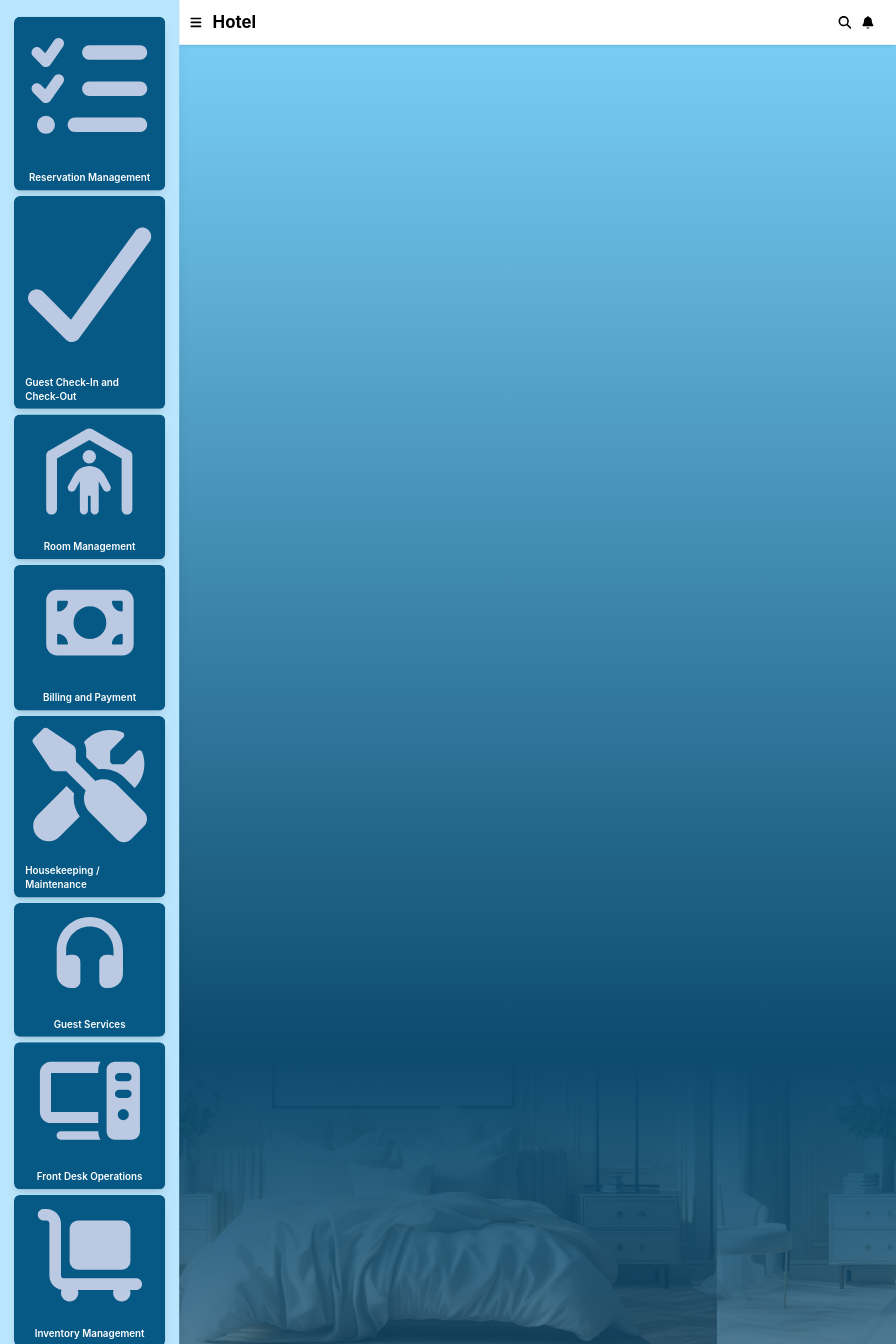
Repository: musabismael/Hotel
Page: /
These files come from the project's save history. The page is drawn as it stood at one moment and after the next save; the edit follows.
The browser window is 1280 px wide. The pictures show the part of the page from y = 0 to 1920 px (the page is 3016 px tall), at 70% of full size.
The project was rebuilt for these pictures with package versions that can differ from the ones it lists, and the page was loaded fresh each time. Also part of the build but not shown: vite.config.js, src/App.css, src/pages/ReservationManagement.jsx, src/pages/GuestCheckInOut.jsx, src/pages/RoomManagement.jsx, src/pages/BillingPayment.jsx, src/pages/HousekeepingMaintenance.jsx, src/pages/GuestServices.jsx and 6 more.

Above is the page before, as saved 2023-10-01 19:16:47.

### index.html
<!doctype html>
<html lang="en">
  <head>
    <meta charset="UTF-8" />
    <link rel="icon" type="image/svg+xml" href="/vite.svg" />
    <meta name="viewport" content="width=device-width, initial-scale=1.0" />
    <title>Hotel</title>
  </head>
  <body>
    <div id="root"></div>
    <script type="module" src="/src/main.jsx"></script>
  </body>
</html>

### src/App.jsx
import "./App.css";
import { createBrowserRouter } from "react-router-dom";
import { RouterProvider } from "react-router";
import LandingPageLayout from "./layouts/LandingPageLayout";
import ReservationManagement from "./pages/ReservationManagement";
import GuestCheckInOut from "./pages/GuestCheckInOut";
import RoomManagement from "./pages/RoomManagement";
import BillingPayment from "./pages/BillingPayment";
import HousekeepingMaintenance from "./pages/HousekeepingMaintenance";
import GuestServices from "./pages/GuestServices";
import FrontDeskOperations from "./pages/FrontDeskOperations";
import InventoryManagement from "./pages/InventoryManagement";
import ReportingAnalytics from "./pages/ReportingAnalytics";
import SecurityAccessControl from "./pages/SecurityAccessControl";
import PointOfSale from "./pages/PointOfSale";
import CRM from "./pages/CRM"; // Import the CRM component
const router = createBrowserRouter([
  {
    path: "/",
    element: <LandingPageLayout />,
    children: [
      {
        path: "/reservation_management",
        element: <ReservationManagement />,
      },
      {
        path: "/guestCheckInOut",
        element: <GuestCheckInOut />,
      },
      {
        path: "/billing_and_payment",
        element: <BillingPayment />,
      },
      {
        path: "/room_management",
        element: <RoomManagement />,
      },
      {
        path: "/housekeeping_maintenance",
        element: <HousekeepingMaintenance />,
      },
      {
        path: "/guest_services",
        element: <GuestServices />,
      }, {
        path: "/desk_operations",
        element: <FrontDeskOperations />,
      }, {
        path: "/security_control",
        element: <SecurityAccessControl />,
      },
      {
        path: "/reporting_and_analytics",
        element: <ReportingAnalytics />,
      }, {
        path: "/inventory_management",
        element: <InventoryManagement />,
      },
      {
        path: "/pos",
        element: <PointOfSale />,
      },
      {
        path: "/crm",
        element: <CRM />,
      },
    ],
  },
]);

const App = () => <RouterProvider router={router} />;
export default App;

### src/index.css
@tailwind base;
@tailwind components;
@tailwind utilities;

:root {
  font-family: Inter, system-ui, Avenir, Helvetica, Arial, sans-serif;
  line-height: 1.5;
  font-weight: 400;
  background-image: url("cover.jpeg"), url("cover.jpeg");
  background-color:#397398;

  font-synthesis: none;
  text-rendering: optimizeLegibility;
  -webkit-font-smoothing: antialiased;
  -moz-osx-font-smoothing: grayscale;
  -webkit-text-size-adjust: 100%;
}

### src/layouts/LandingPageLayout.jsx
import { Outlet } from "react-router";
import Header from "../component/Header";
import Sidebar from "../component/Sidebar";
const LandingPageLayout = () => {
  return (
    <div className="flex bg-gradient-to-b from-sky-300 via-sky-900">
      <Sidebar />

      <div className="flex-1">
        <Header />
        <main className="p-4">
          <Outlet />
        </main>
      </div>
    </div>
  );
};

export default LandingPageLayout;

### src/component/Header.jsx
import { FontAwesomeIcon } from "@fortawesome/react-fontawesome";
import { faBars, faBell, faSearch } from "@fortawesome/free-solid-svg-icons";

function Header() {
  return (
    <header className="bg-white shadow-md p-4 flex justify-between items-center sticky top-0 w-full  ">
      <div className="flex items-center">
        <FontAwesomeIcon
          icon={faBars}
          className="text-black mr-4 text-lg color"
        />
        <h1 className="text-2xl font-bold text-black">Hotel</h1>
      </div>
      <div className="flex items-center">
        <FontAwesomeIcon icon={faSearch} className="text-black text-lg mr-4" />
        <FontAwesomeIcon icon={faBell} className="text-black text-lg mr-4" />

        {/* Add other icons or elements on the right side here */}
      </div>
    </header>
  );
}

export default Header;

### src/component/Sidebar.jsx
import Card from "./Card";
import {
  faPersonShelter,
  faListCheck,
  faCheck,
  faMoneyBill,
  faScrewdriverWrench,
  faHeadphones,
  faComputer,
  faCartFlatbed,
  faPersonMilitaryPointing,
  faChartBar,
  faKey,
  faBookmark,
} from "@fortawesome/free-solid-svg-icons";

const Sidebar = () => {
  const cardData = [
    {
      id: 1,
      title: "Reservation Management",
      description:
        "Online booking, availability calendar, and booking modification.",
      icon: faListCheck,
      link: "/reservation_management",
    },
    {
      id: 2,
      title: "Guest Check-In and Check-Out",
      description: "Guest registration, check-out, and key card issuance.",
      icon: faCheck,
      link: "/GuestCheckInOut",
    },
    {
      id: 3,
      title: "Room Management",
      description: "Room assignment, status updates, and inventory tracking.",
      icon: faPersonShelter,
      link: "/room_Management",
    },
    {
      id: 4,
      title: "Billing and Payment",
      description: "Invoicing, payment processing, and split billing.",
      icon: faMoneyBill,
      link: "/billing_and_payment",
    },
    {
      id: 5,
      title: "Housekeeping / Maintenance",
      description:
        "Housekeeping schedule, maintenance requests, and inventory management.",
      icon: faScrewdriverWrench,
      link: "/housekeeping_maintenance",
    },
    {
      id: 6,
      title: "Guest Services",
      description:
        "Concierge services, room service, wake-up calls, and laundry services.",
      icon: faHeadphones,
      link: "/guest_services",
    },
    {
      id: 7,
      title: "Front Desk Operations",
      description: "Guest inquiries, check-in/out, and guest profile access.",
      icon: faComputer,
      link: "/desk_operations",
    },
    {
      id: 8,
      title: "Inventory Management",
      description: "Managing hotel supplies and amenities.",
      icon: faCartFlatbed,
      link: "/inventory_management",
    },
    {
      id: 9,
      title: "Reporting and Analytics",
      description: "Generate reports on occupancy, revenue, and key metrics.",
      icon: faChartBar,
      link: "/reporting_and_analytics",
    },

    {
      id: 10,
      title: "Security and Access Control",
      description: "Surveillance camera integration and access control.",
      icon: faKey,
      link: "/security_control",
    },
    {
      id: 11,
      title: "Point of Sale (POS)",
      description:
        "Integration with on-site restaurants, bars, and gift shops.",
      icon: faBookmark,
      link: "/pos",
    },

    {
      id: 12,
      title: "Customer Relationship Management (CRM)",
      description: "Guest profiles, preferences, and loyalty programs.",
      icon: faPersonMilitaryPointing,
      link: "/crm",
    },

    // Add more service/feature objects here
  ];

  const handleCardClick = (id) => {
    console.log(`Card with ID ${id} clicked`);
  };
  return (
    <aside className="p-4 w-1/5 min-h-screen overflow-y-auto bg-gradient-to-b from-sky-200 to-sky-200 shadow-lg">
      <nav>
        {cardData.map((card) => (
          <Card
            key={card.id}
            link={card.link}
            icon={card.icon}
            title={card.title}
            onClick={() => handleCardClick(card.id)}
          />
        ))}
      </nav>
    </aside>
  );
};

export default Sidebar;

### src/component/Card.jsx
import { Link } from "react-router-dom";
import { FontAwesomeIcon } from "@fortawesome/react-fontawesome";
function Card({ link, icon, title, onClick }) {
  return (
    <div
      className="max-w-sm  mx-1 my-2 cursor-pointer shadow-lg rounded-lg overflow-hidden hover:shadow-xl transition duration-300 transform hover:scale-105"
      onClick={onClick}
    >
      <div className="bg-sky-800 rounded-lg overflow-hidden shadow-lg flex flex-col items-center justify-center">
        <Link to={link} className="text-blue-600 hover:text-blue-800">
          <FontAwesomeIcon
            icon={icon}
            size="2xs"
            className=" w-auto p-5 h-auto object-cover"
            style={{ color: "#bbc9e2" }}
          />

          <div className="px-4 py-2 items-center">
            <h3 className=" text-white text-sm  flex flex-col text-ellipsis items-center font-semibold">
              {title}
            </h3>
            {/* Add more content or description here if needed */}
          </div>
        </Link>
      </div>
    </div>
  );
}

export default Card;

### tailwind.config.js
/** @type {import('tailwindcss').Config} */
export default {
  content: [
    "./index.html",
    "./src/**/*.{js,ts,jsx,tsx}",
  ],
  theme: {
    extend: {
      fontFamily: {
        'custom': ['CustomFont', 'sans'],
      },
      textColor: {
        'custom': '#333333', // Custom text color
      },
    },
  },
  plugins: [],
}

Loaded but not shown: src/main.jsx (common file)

After the next save:
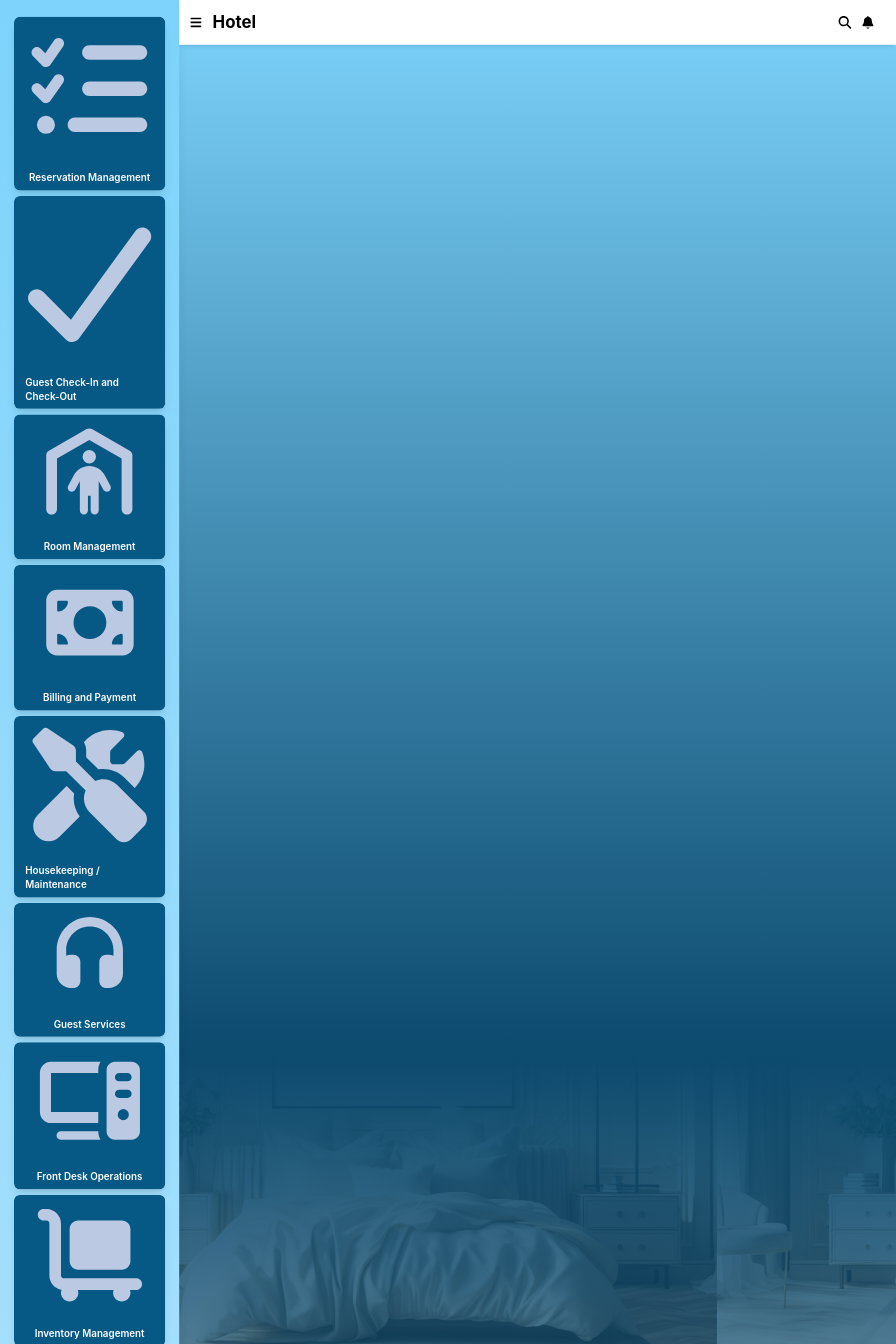
Saved 4 s later.
--- a/src/component/Sidebar.jsx
+++ b/src/component/Sidebar.jsx
@@ -114,7 +114,7 @@ const Sidebar = () => {
     console.log(`Card with ID ${id} clicked`);
   };
   return (
-    <aside className="p-4 w-1/5 min-h-screen overflow-y-auto bg-gradient-to-b from-sky-200 to-sky-200 shadow-lg">
+    <aside className="p-4 w-1/5 min-h-screen overflow-y-auto bg-gradient-to-b from-sky-300 to-sky-200 shadow-lg">
       <nav>
         {cardData.map((card) => (
           <Card
